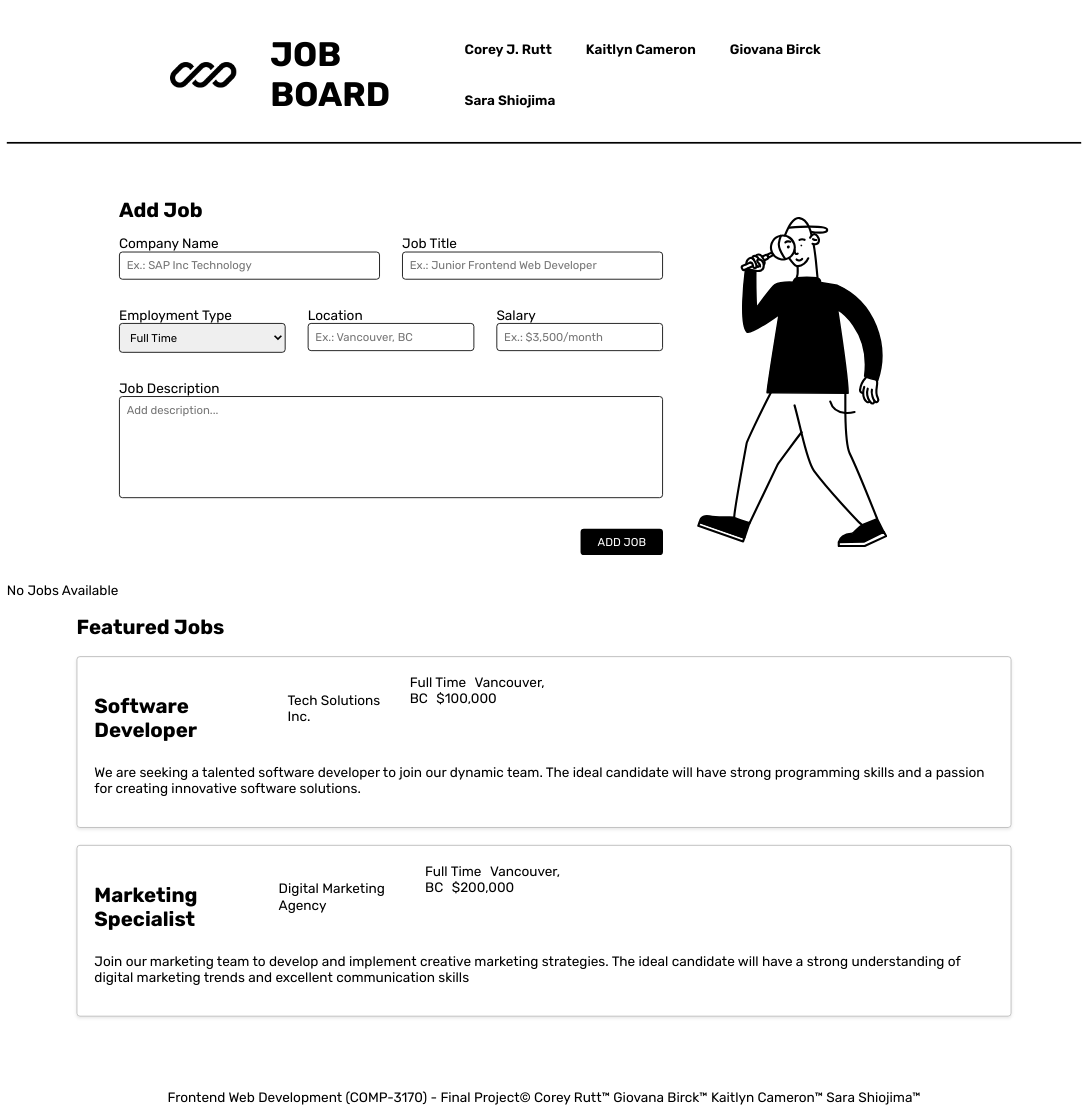
Repository: kcameron37/Final-Project-FrontEnd
Page: /
These files come from the project's save history. The page is drawn as it stood at one moment and after the next save; the edit follows.
The browser window is 1280 px wide. The pictures show the whole page, at 85% of full size.
The project was rebuilt for these pictures with package versions that can differ from the ones it lists, and the page was loaded fresh each time.

Above is the page before, as saved 2023-11-28 20:27:37.

After the next save:
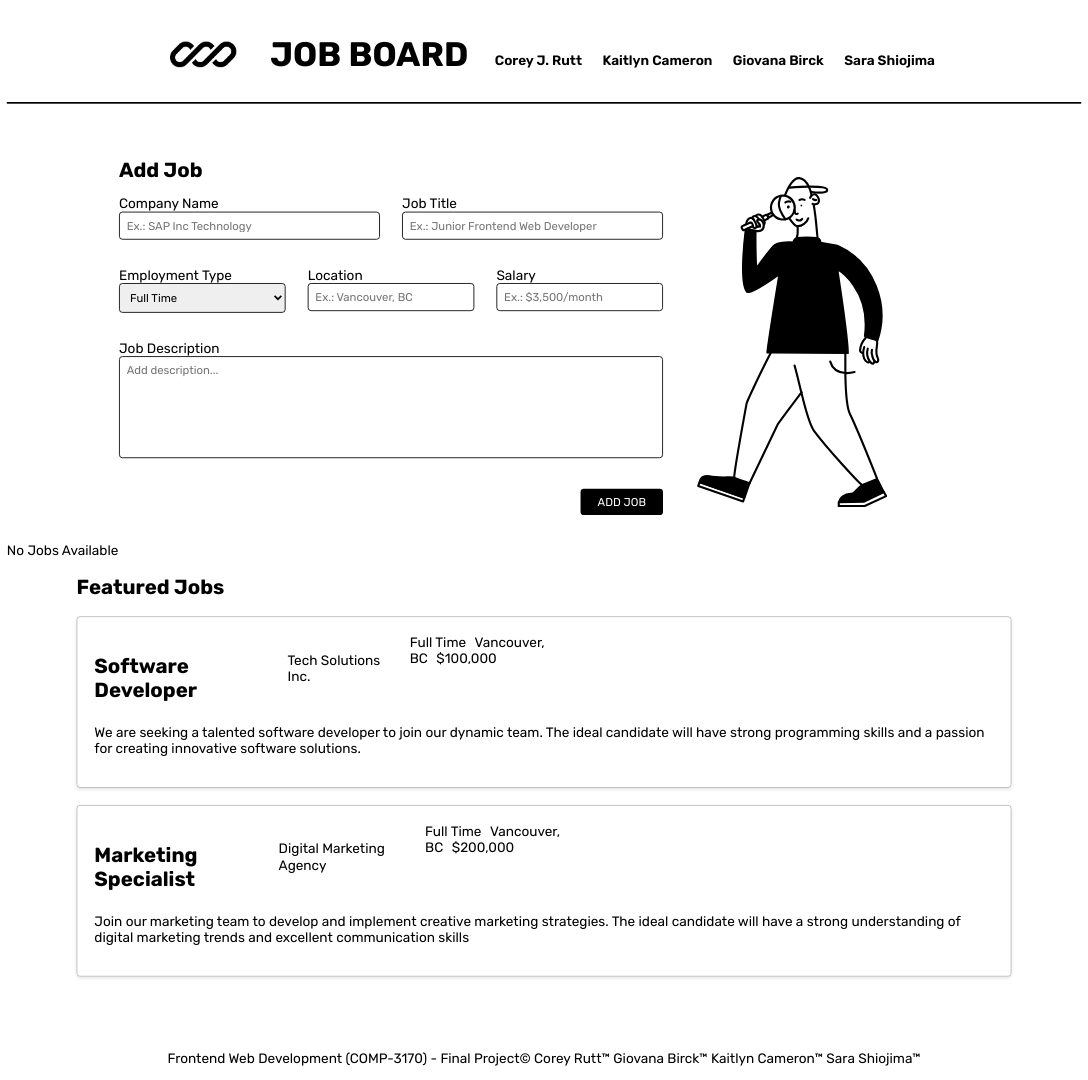
Saved 21 s later.
--- a/src/components/navBar.module.css
+++ b/src/components/navBar.module.css
@@ -31,7 +31,6 @@
   font-weight: 600;
   border: none;
   padding: 0px 12px 40px 12px;
-  margin-right: 1em;
   cursor: pointer;
   font-size: 16px;
 }

After the save that followed:
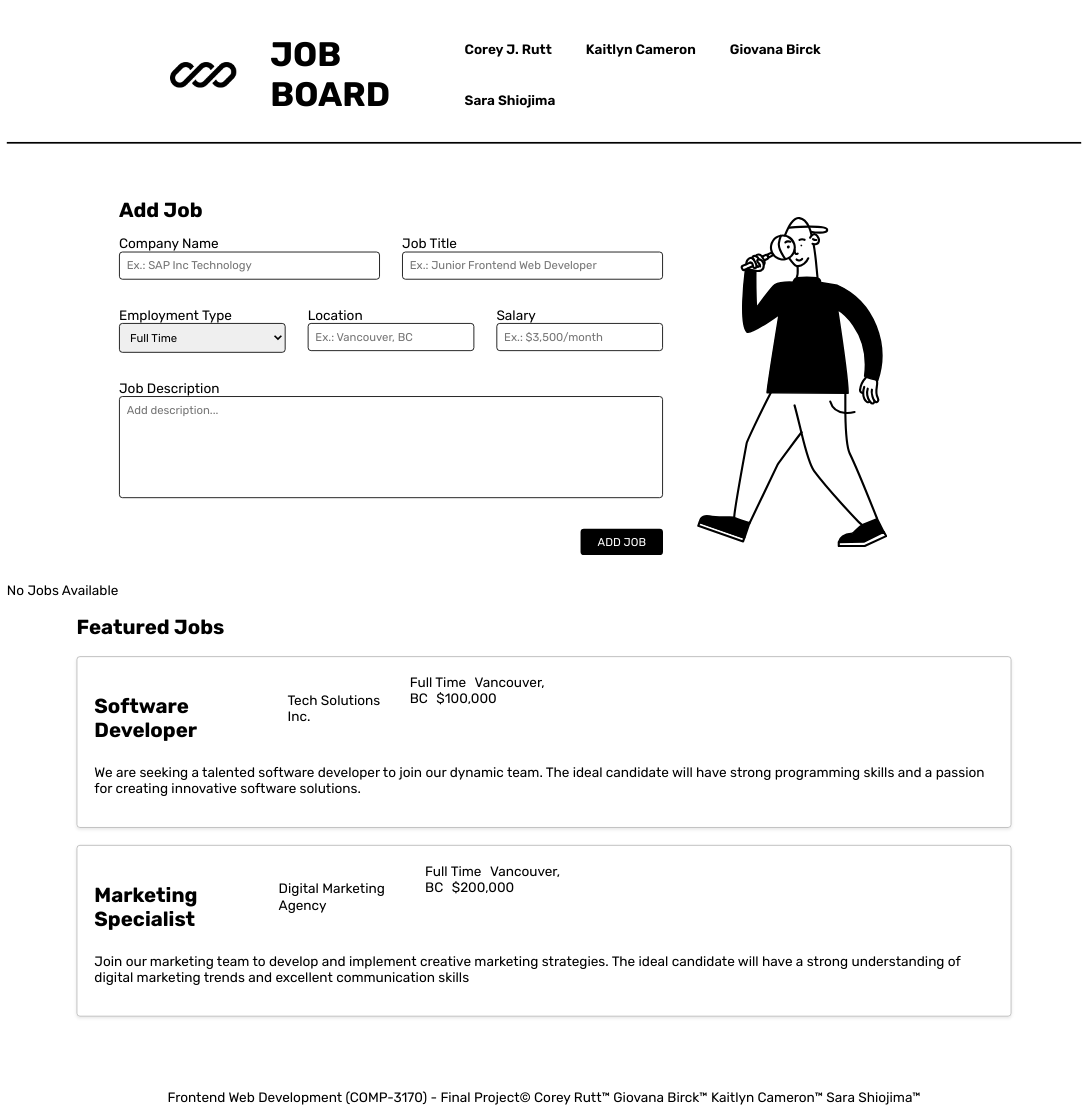
Saved 10 s later.
--- a/src/components/navBar.module.css
+++ b/src/components/navBar.module.css
@@ -31,6 +31,7 @@
   font-weight: 600;
   border: none;
   padding: 0px 12px 40px 12px;
+  margin-right: 1em;
   cursor: pointer;
   font-size: 16px;
 }
